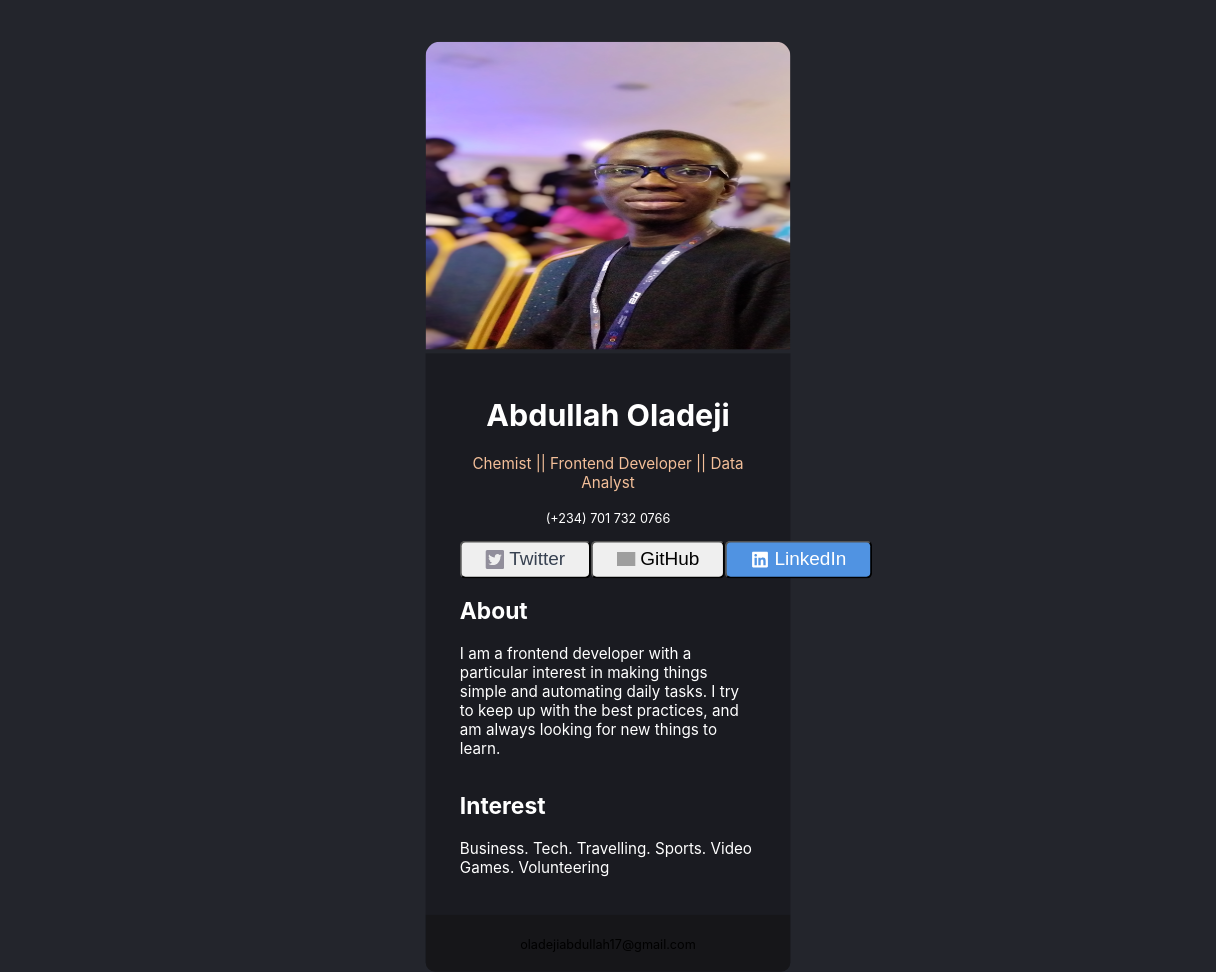
Repository: BuduCE/business-card
Page: /
These files come from the project's save history. The page is drawn as it stood at one moment and after the next save; the edit follows.
The browser window is 1280 px wide. The pictures show the whole page, at 95% of full size.
Pictures or frames that could not be fetched are drawn as grey boxes. The project was rebuilt for these pictures with package versions that can differ from the ones it lists, and the page was loaded fresh each time.

Above is the page before, as saved 2022-10-10 09:45:30.

### src/index.css
body {
  margin: 0;
  font-family: -apple-system, BlinkMacSystemFont, 'Segoe UI', 'Roboto', 'Oxygen',
    'Ubuntu', 'Cantarell', 'Fira Sans', 'Droid Sans', 'Helvetica Neue',
    sans-serif;
  -webkit-font-smoothing: antialiased;
  -moz-osx-font-smoothing: grayscale;
  background: #23252C;
}

code {
  font-family: source-code-pro, Menlo, Monaco, Consolas, 'Courier New',
    monospace;
}

### src/App.js
import './App.css';
import About from './component/About';
import Footer from './component/Footer';
import Header from './component/Header';

function App() {
  return (
    <div className="App">
      <Header />
      <About />
      <Footer />
    </div>
  );
}

export default App;

### src/App.css
.App {
  text-align: center;
  width: 20%;
  margin: auto;
}
@media screen and (max-width: 1350px){
  .App{
    width: 30%;
  }
}
@media screen and (max-width: 950px){
  .App{
    width: 40%;
  }
}
@media screen and (max-width: 768px){
  .App{
    width: 70%;
  }
}
@media screen and (max-width: 500px){
  .App{
    width: 100%;
  }
 }

### src/component/About/index.jsx
import React from 'react'
import './styles.css'
import git from './Git.svg'
import LinkedIn from './linkedin.svg'
import Twitter from './Twitter.svg'

const About = () => {
  return (
    <div className='about'>
        {/* Info & Contact */}
        <div className="profile_info">
            <h1>Abdullah Oladeji</h1>
            <p>Chemist || Frontend Developer || Data Analyst</p>
            <small>(+234) 701 732 0766</small>

            <div className="social">
                <a href="https://twitter.com/OladejiAbdullah">
                    <button className='mail'>
                        <img src={Twitter} alt="" />
                        <p>Twitter</p>
                    </button>
                </a>

                  <a href="https://github.com/BuduCE">
                    <button>
                          <img src={git} alt="git" />
                          <p>GitHub</p>
                    </button>
                </a>

                <a href="https://www.linkedin.com/in/abdullah-oladeji-340a52191/">
                    <button className='link'>
                        <img src={LinkedIn} alt="" />
                        <p>LinkedIn</p>
                    </button>
                </a>
            </div>
        </div>

        {/* About */}
        <div className="about_txt">
            <div className="abt_dev">
                <h2>About</h2>
                <p>I am a frontend developer with a particular interest in making things simple and automating daily tasks. I try to keep up with the best practices, and am always looking for new things to learn.</p>
            </div>
            <div className="int">
                <h2>Interest</h2>
                <p>Business. Tech. Travelling. Sports. Video Games. Volunteering</p>
            </div>
        </div>
    </div>
  )
}

export default About

### src/component/Footer/index.jsx
import React from 'react'
import './styles.css'
import twitter from './Twitter.svg'
import git from './Git.svg'

const Footer = () => {
  return (
    <div className='footer'>

        <small>oladejiabdullah17@gmail.com</small>
    </div>
  )
}

export default Footer

### src/component/Header/index.jsx
import React from 'react'
import './styles.css'
import image from './Abdullah_Oladeji.jpg'

const Header = () => {
  return (
    <div className='header'>
        <div className="profile_img">
            <img src={image} alt="Business Owner's" />
        </div>
    </div>
  )
}

export default Header

### src/component/About/styles.css
.about{
    padding: 24px 36px;
    color: #fff;
    background: #1A1B21;
}
.profile_info{
    text-align: center;
}
.profile_info > p{
    color: #F3BF99;
}
.social{
    display: flex;
    justify-content: space-evenly;
}
.social a{
    text-decoration: none;

}
.social button{
    padding: 0 25px;
    cursor: pointer;
    /* width: 145px; */
    height: 40px;
    margin: auto;
    display: flex;
    align-items: center;
    text-align: center;
    border-radius: 6px;
    font-size: 20px;
    margin-top: 15px;
}
.social button img{
    width: 20px;
    margin-right: 5px;
}
.mail{
    color: #374151;
}
.link{
    background: #5093E2;
    color: #fff;
}
.about_txt{
    display: flex;
    flex-direction: column;
    text-align: left;
}

### src/component/Footer/styles.css
.footer{
    background: #161619;
    border-radius: 0 0 10px 10px;
    padding: 20px 73px;
}
.footer > img{
    margin-left: 24px;
}

### src/component/Header/styles.css
.header{
    margin-top: 44px;
    width: 100%;
}
.profile_img{
    border-radius: 5px 5px 0 0;
    width: 100%;
}
.profile_img > img{
    border-radius: 15px 15px 0 0;
    width: 100%;
    height: 45vh;
}

Loaded but not shown: public/index.html (common file); src/index.js (common file); src/reportWebVitals.js (common file)

After the next save:
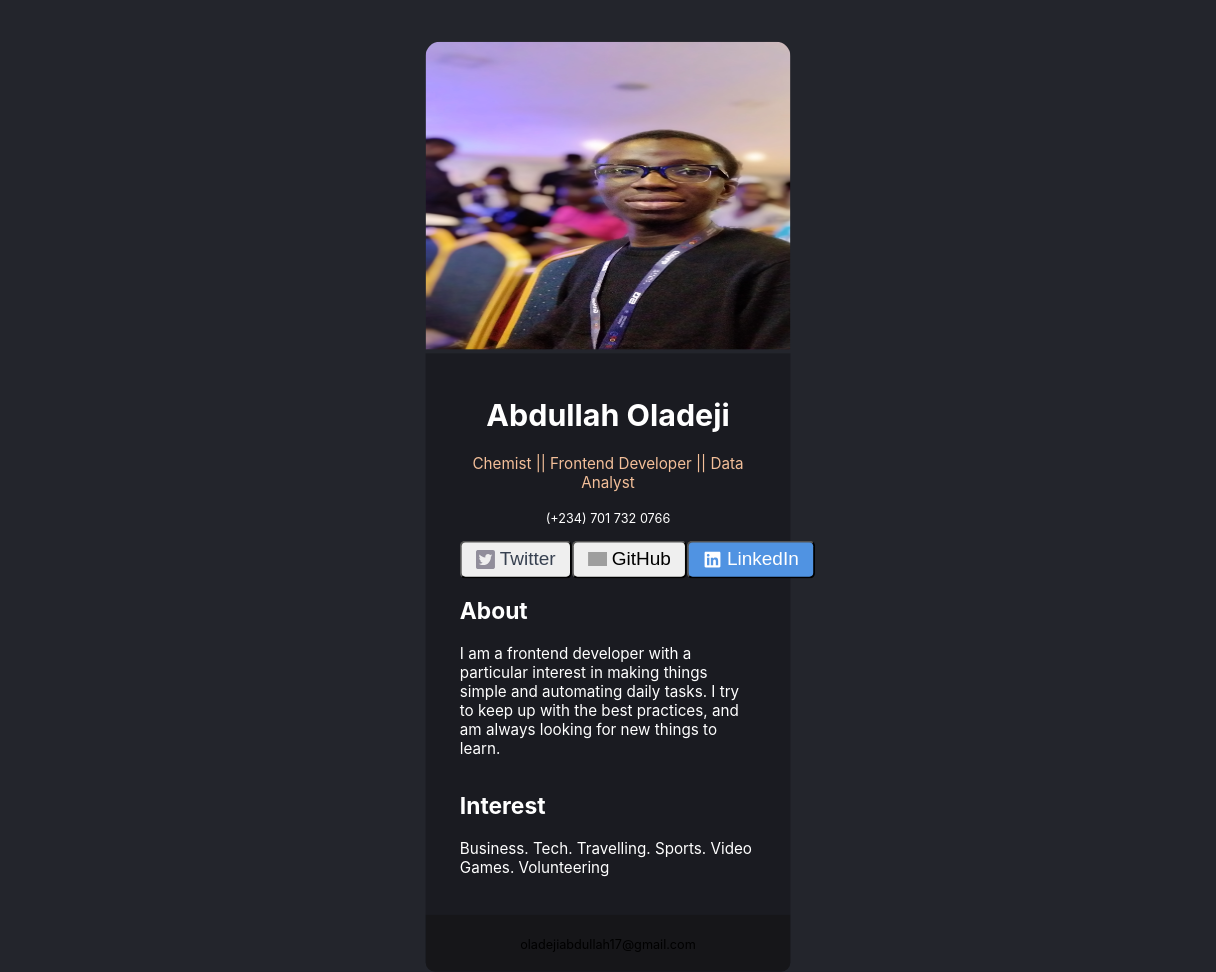
Saved 17 s later.
--- a/src/component/About/styles.css
+++ b/src/component/About/styles.css
@@ -18,7 +18,7 @@
 
 }
 .social button{
-    padding: 0 25px;
+    padding: 0 15px;
     cursor: pointer;
     /* width: 145px; */
     height: 40px;
